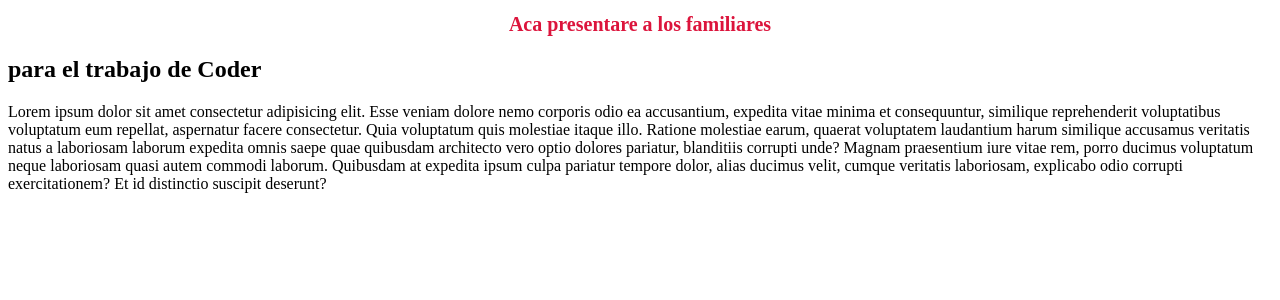
Repository: gadiazsaavedra/Familiares
Page: Familiares/Familiares/plantillas/template1.html
These files come from the project's save history. The page is drawn as it stood at one moment and after the next save; the edit follows.
The browser window is 1280 px wide. The pictures show the whole page.

Above is the page before, as saved 2021-12-07 16:36:39.

After the next save:
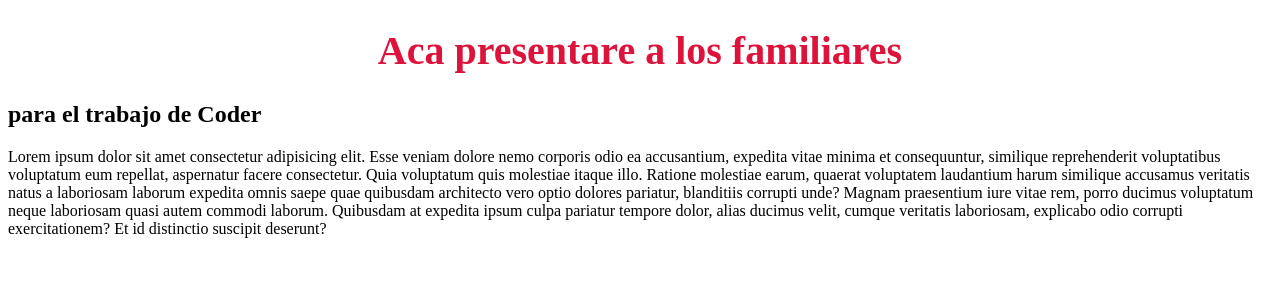
Saved 27 s later.
--- a/Familiares/Familiares/plantillas/template1.html
+++ b/Familiares/Familiares/plantillas/template1.html
@@ -7,7 +7,7 @@
     <title>Familia</title>
 </head>
 <body>
-    <h1 style="color:crimson; text-align:center; font-size:20px">Aca presentare a los familiares</h1>
+    <h1 style="color:crimson; text-align:center; font-size:40px">Aca presentare a los familiares</h1>
     <h2>para el trabajo de Coder</h2>
     <p>Lorem ipsum dolor sit amet consectetur adipisicing elit. Esse veniam dolore nemo corporis odio ea accusantium, expedita vitae minima et consequuntur, similique reprehenderit voluptatibus voluptatum eum repellat, aspernatur facere consectetur. Quia voluptatum quis molestiae itaque illo. Ratione molestiae earum, quaerat voluptatem laudantium harum similique accusamus veritatis natus a laboriosam laborum expedita omnis saepe quae quibusdam architecto vero optio dolores pariatur, blanditiis corrupti unde? Magnam praesentium iure vitae rem, porro ducimus voluptatum neque laboriosam quasi autem commodi laborum. Quibusdam at expedita ipsum culpa pariatur tempore dolor, alias ducimus velit, cumque veritatis laboriosam, explicabo odio corrupti exercitationem? Et id distinctio suscipit deserunt?</p>
 </body>
